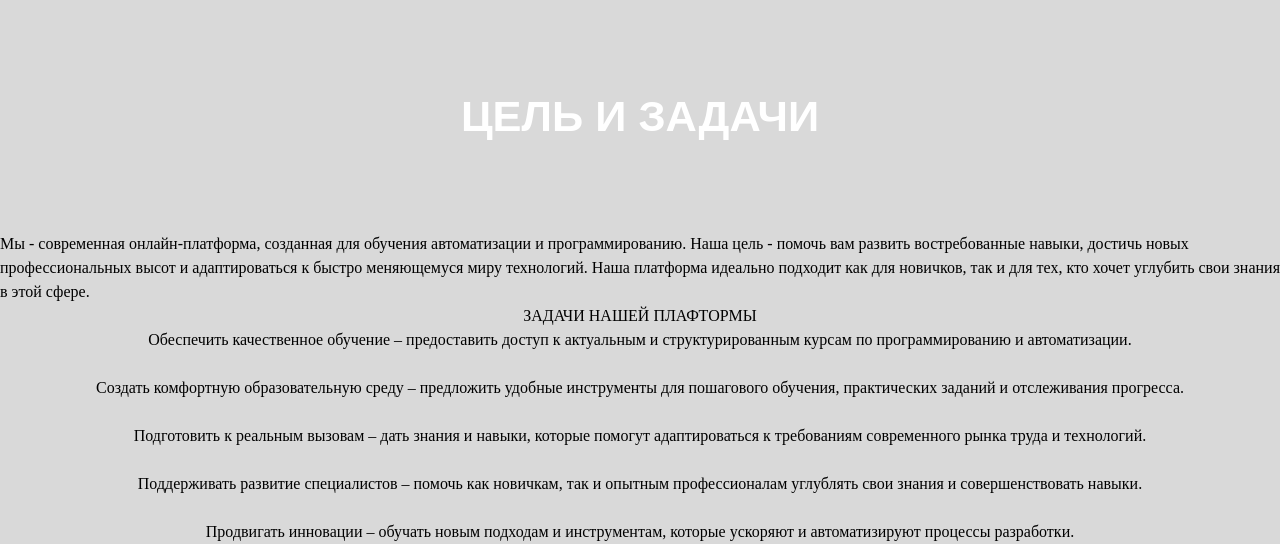
Repository: marjango/course
Page: /aboutus
These files come from the project's save history. The page is drawn as it stood at one moment and after the next save; the edit follows.
The browser window is 1280 px wide. The pictures show the part of the page from y = 1280 to 1824 px (the page is 1824 px tall).
The project was rebuilt for these pictures with package versions that can differ from the ones it lists, and the page was loaded fresh each time. The framework's server and built-in components were replaced by stand-ins that run in the browser. Also part of the build but not shown: next.config.ts.

Above is the page before, as saved 2025-03-26 22:26:38.

### app/layout.tsx
import type { Metadata } from "next";
import "./globals.css";
import './fonts.css';


export const metadata: Metadata = {
  title: "сourse",
  description: "it course",
};

export default function RootLayout({
  children,
}: Readonly<{
  children: React.ReactNode;
}>) {
  return (
    <html lang="en">
      <body

      >
        {children}
      </body>
    </html>
  );
}

### app/aboutus/page.tsx
import React from "react";
import s from "./aboutus.module.css";

import Link from "next/link";

const aboutus = () => {
  return (
    <>
      <div className={s.aboutus}>
        <div className={s.headerContainer}>
          <Link href="/" className={s.logo}>
            logo
          </Link>

          <div className={s.nav}>
            <Link href="#">Обучение</Link>
            <Link href="/coursespage">Курсы</Link>
            <Link href="/pricepage">Цены</Link>
            <Link href="#">О нас</Link>
            <Link href="#">Контакты</Link>
          </div>

          <Link href="#" className={s.personal}>
            Личный кабинет
          </Link>
        </div>
        <h1>кто мы такие?</h1>
        <p>
          образовательная онлайн-платформа, помогающая <br/> осваивать
          программирование и автоматизацию.
        </p>
      </div>
      <div className={s.aims}>
        <h1>цель и задачи</h1>
        <p>
          Мы - современная онлайн-платформа, созданная для обучения
          автоматизации и программированию. Наша цель - помочь вам развить
          востребованные навыки, достичь новых профессиональных высот и
          адаптироваться к быстро меняющемуся миру технологий. Наша платформа
          идеально подходит как для новичков, так и для тех, кто хочет углубить
          свои знания в этой сфере.
        </p>
        <h3>ЗАДАЧИ НАШЕЙ ПЛАФТОРМЫ</h3>
        <p>
          Обеспечить качественное обучение – предоставить доступ к актуальным и
          структурированным курсам по программированию и автоматизации.
        </p>
        <br />
        <p>
          Создать комфортную образовательную среду – предложить удобные
          инструменты для пошагового обучения, практических заданий и
          отслеживания прогресса.
        </p>
        <br />
        <p>
          Подготовить к реальным вызовам – дать знания и навыки, которые помогут
          адаптироваться к требованиям современного рынка труда и технологий.
        </p>
        <br />
        <p>
          Поддерживать развитие специалистов – помочь как новичкам, так и
          опытным профессионалам углублять свои знания и совершенствовать
          навыки.
        </p>
        <br />
        <p>
          Продвигать инновации – обучать новым подходам и инструментам, которые
          ускоряют и автоматизируют процессы разработки.
        </p>
      </div>
    </>
  );
};

export default aboutus;

### app/globals.css
@import "tailwindcss";

* {
  font-family: 'Doloman Pavljenko';
}

h1 {
  font-family: 'Intro Friday', sans-serif;
  font-size: 3.39vw;
  line-height: 1.2;
  color: white;
  font-weight: bold;
  text-transform: uppercase;
}

### app/fonts.css
@font-face {
    font-family: 'Doloman Pavljenko';
    src: url("/public/fonts/DolomanPavljenko.otf") format('otf'),
    url("/public/fonts/DolomanPavljenko.otf") format('otf');
    font-weight: normal;
    font-style: normal;
  }

   @font-face {
     font-family: "Intro Friday";
     src: url("/public/fonts/Intro\ Friday\ Regular.ttf") format("ttf"),
     url("/public/fonts/Intro\ Friday\ Regular.ttf") format("ttf");
     font-weight: normal;
     font-style: normal;
   }

### app/aboutus/aboutus.module.css
.aboutus {
    width: 100%;
    height: 1280px;
    padding: 7.03vw 7.29vw 15.63vw 7.29vw;
    display: flex;
    flex-direction: column;
    align-items: center;
    color: white;
    border-bottom-right-radius: 4.17vw;
    border-bottom-left-radius: 4.17vw;
    background-color: #131c27;
}

.aboutus::before {
  content: "";
  position: absolute;
  top: 0;
  left: 0;
  width: 100%;
  height: 100%;
  background-image: url(./background.svg);
  background-size: cover;
  background-position: center;
  background-repeat: no-repeat;
  opacity: 0.4;
  z-index: 1;
  pointer-events: none; /* Отключаем события мыши */
}

.headerContainer {
    background: transparent;
    display: flex;
    justify-content: space-between;
    align-items: center;
    width: 100%;
}

.logo {
    padding: 0.52vw 1.35vw;
    background-color: #d9d9d9;
    border: none;
    border-radius: 1.51vw;
    color: #064b9b;
    font-size: 2.08vw;
    line-height: 2.08vw;
    font-weight: 300;
}

.nav {
    margin-left: 17.08vw;
    justify-self: center;
    font-size: 1.82vw;
    font-weight: 300;
    display: flex;
    gap: 3.8vw;
}

.personal {
    margin-left: 5.57vw;
    background-color: #d9d9d9;
    width: 12.66vw;
    height: 3.13vw;
    display: flex;
    justify-content: center;
    align-items: center;
    border: none;
    border-radius: 1.51vw;
    color: black;
    font-size: 1.8vw;
    line-height: 1.8vw;
    font-weight: 300;
}

.aboutus h1{
    margin-top: 395px;
    font-size: 99px;
}
.aboutus p{
    margin-top: 50px;
    font-size: 40px;
    max-width: 1270px;
    text-align: center;
    font-size: 40px;
}

.aims {
    background-color: #d9d9d9;
    display: flex;
    flex-direction: column;
    align-items: center;
}
.aims h1 {
    margin: 90px 0;
    color: ;
}

After the next save:
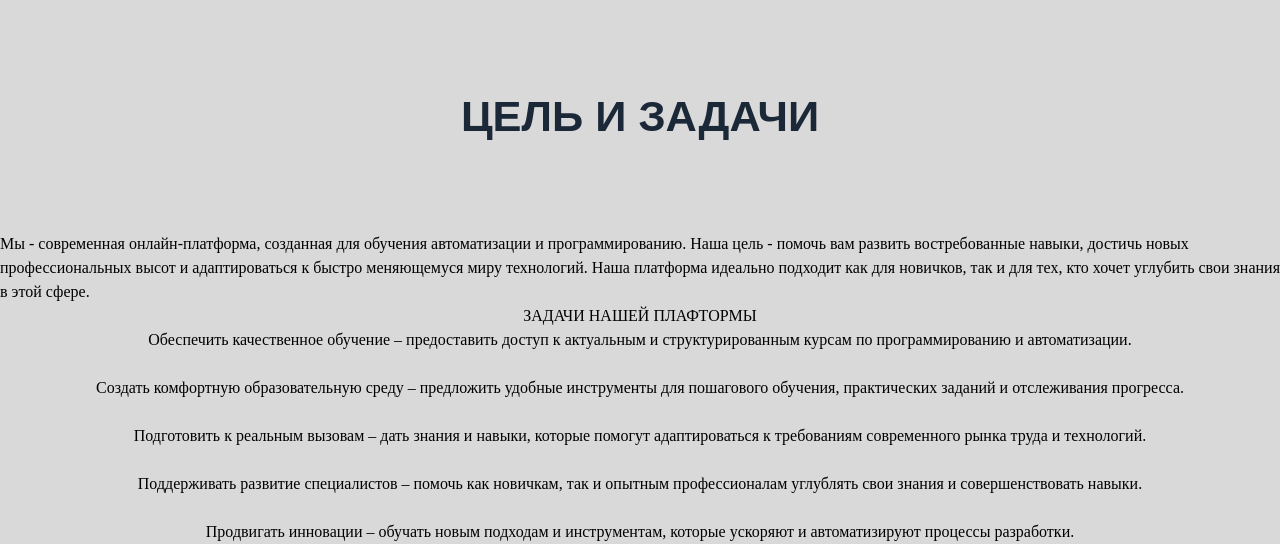
Saved 6 s later.
--- a/app/aboutus/aboutus.module.css
+++ b/app/aboutus/aboutus.module.css
@@ -91,5 +91,5 @@
 }
 .aims h1 {
     margin: 90px 0;
-    color: ;
+    color: #1B2838;
 }
